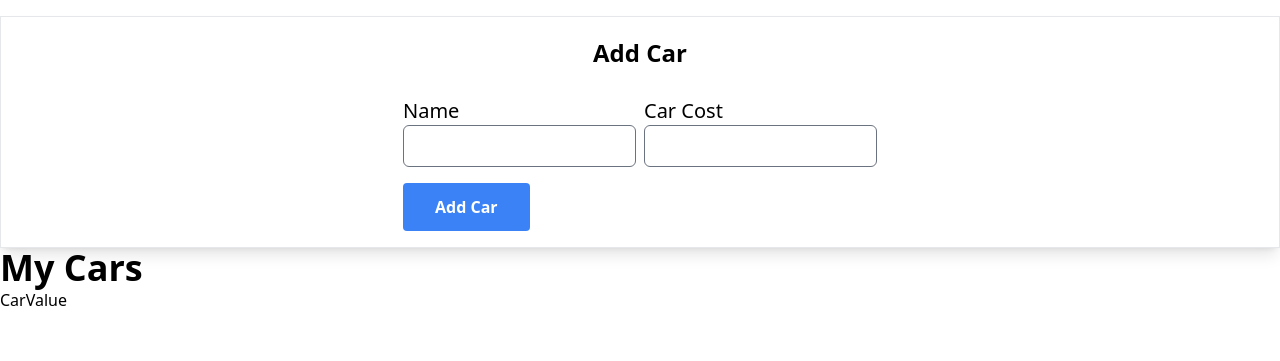
Repository: Marhamat92/carsappreduxtoolkit
Page: /
The author's editor kept a copy of each file at every save. The page is drawn from the files as they stood at one save, then again after the next save.
The browser window is 1280 px wide. The pictures show the whole page.
The project was rebuilt for these pictures with package versions that can differ from the ones it lists, and the page was loaded fresh each time.

Above is the page before, as saved 2023-01-23 23:57:28.

### src/index.js
import React from 'react';
import ReactDOM from 'react-dom/client';
import './index.css';
import App from './App';
import { Provider } from 'react-redux';
import { store } from './store'


const root = ReactDOM.createRoot(document.getElementById('root'));
root.render(
  <Provider store={store}>
    <App />
  </Provider>
);

### src/App.js
import CarForm from "./components/CarForm";
import CarList from "./components/CarList";
import CarSearch from "./components/CarSearch";
import CarValue from "./components/CarValue";


function App() {
  return (
    <div className="container mx-auto">
      <CarForm />
      <CarSearch />
      <CarList />
      <CarValue />
    </div>
  );
}

export default App;

### src/store/index.js
import { configureStore } from "@reduxjs/toolkit";
import {
  carsReducer,
  addCar,
  removeCar,
  changeSearchTerm,
} from "./slices/carsSlice";
import { formReducer, changeName, changeCost } from "./slices/formSlice";

const store = configureStore({
  reducer: {
    cars: carsReducer,
    form: formReducer,
  },
})

export { store, addCar, removeCar, changeSearchTerm, changeName, changeCost };

### src/components/CarForm.js
import React from 'react'
import { useDispatch, useSelector } from 'react-redux'
import { changeName, changeCost, addCar } from '../store'



function CarForm() {
  const dispatch = useDispatch(); // this is the hook that allows us to dispatch actions to the store
  const { name, cost } = useSelector((state) => { // this is the hook that allows us to access the store
    return {
      name: state.form.name,
      cost: state.form.cost
    }
  })


  const handleNameChange = (e) => {
    dispatch(changeName(e.target.value))
  }

  const handleCostChange = (e) => {
    const carCost = parseInt(e.target.value) || 0;
    dispatch(changeCost(carCost))

  }


  const handleSubmit = (e) => {
    e.preventDefault();
    dispatch(addCar({ name, cost }))
  }


  //!after adding a car, clear the form fields with extra reducers which will be added to the formSlice,otherwise we can use dispatch(changeName('')) and dispatch(changeCost(0)) to clear the form fields but it is not a good practice



  return (
    <div className='flex flex-col items-center justify-center border shadow-lg py-4 mt-4'>
      <h1 className='font-bold text-2xl py-1' >Add Car</h1>
      <div className='mt-6'>
        <form onSubmit={handleSubmit} className=''>
          <div className='flex flex-row space-x-2'>
            <div className='flex flex-col'>
              <label className='text-xl' htmlFor='make'>Name</label>
              <input className=' border border-gray-500 rounded-md py-2

              ' value={name} onChange={handleNameChange} type='text' name='carName' id='carName' />
            </div>
            <div className='flex flex-col'>
              <label className='text-xl' htmlFor='price'>Car Cost</label>
              <input className=' border border-gray-500 rounded-md py-2

              ' value={cost || ''} onChange={handleCostChange} type='number' name='price' id='price' />
            </div>
          </div>
          <button className='bg-blue-500 hover:bg-blue-700 text-white font-bold py-3  px-8 rounded mt-4' type='submit'>Add Car</button>
        </form>
      </div>
    </div>
  )
}

export default CarForm

### src/components/CarList.js
import React from 'react'
import { useSelector, useDispatch } from 'react-redux'
import { removeCar } from '../store'


function CarList() {


  const dispatch = useDispatch();

  const cars = useSelector((state) => {
    return state.cars.data;
  })

  const handleDeleteCar = (car) => {
    dispatch(removeCar(car.id))
  }



  const renderedCars = cars.map((car) => {
    return (
      <div className='flex justify-between space-y-3 items-center shadow-lg mt-4 py-2 px-4 rounded-md' key={car.id}>
        <p className='text-3xl' >{car.name} - ${car.cost}</p>
        <button onClick={() => handleDeleteCar(car)} className='bg-red-500 px-4 py-2 text-3xl rounded-md'>
          Remove
        </button>
      </div>
    )
  })




  return (
    <div>{renderedCars}</div>
  )
}

export default CarList

### src/components/CarSearch.js
import React from 'react'

function CarSearch() {
  return (
    <div>
      <div className='flex justify-between' >
        <h1 className='text-4xl font-bold' >My Cars</h1>
      </div>
    </div>
  )
}

export default CarSearch

### src/components/CarValue.js
import React from 'react'

function CarValue() {
  return (
    <div>CarValue</div>
  )
}

export default CarValue

### src/store/slices/carsSlice.js
import { createSlice, nanoid } from '@reduxjs/toolkit';

const carsSlice = createSlice({
  name: 'cars',
  initialState: {
    data: [],
    searchTerm: ''
  },
  reducers: {
    changeSearchTerm(state, action) {
      state.searchTerm = action.payload;
    },
    addCar(state, action) {
      //Assumption:
      //action.payload is an object with the following properties:
      //name, cost, id
      state.data.push({
        name: action.payload.name,
        cost: action.payload.cost,
        id: nanoid()
      })
    },
    removeCar(state, action) {
      //Assumption:
      //action.payload is the id of the car to remove
      const updatedCars = state.data.filter((car) => {
        return car.id !== action.payload;
      })
      state.data = updatedCars;
    }

  }
})

export const { changeSearchTerm, addCar, removeCar } = carsSlice.actions;
export const carsReducer = carsSlice.reducer;

### src/store/slices/formSlice.js
import { createSlice } from '@reduxjs/toolkit';
import { addCar } from './carsSlice';

const formSlice = createSlice({
  name: 'form',
  initialState: {
    name: '',
    cost: 0
  },
  reducers: {
    changeName(state, action) {
      state.name = action.payload;
    },
    changeCost(state, action) {
      state.cost = action.payload;
    }
  },
  extraReducers(builder) {
    builder.addCase(addCar, (state, action) => {
      state.name = '';
      state.cost = 0;
    })
  }
})

//extraReducers is a function that takes a builder object as an argument and we can use the builder object to add extra reducers to the formSlice
//addCase is a function that takes an action and a reducer as arguments and adds the reducer to the formSlice
//the reducer will be called when the action is dispatched


export const { changeName, changeCost } = formSlice.actions;
export const formReducer = formSlice.reducer;

Loaded but not shown: public/index.html (common file); src/index.css (common file); tailwind.config.js (common file)

After the next save:
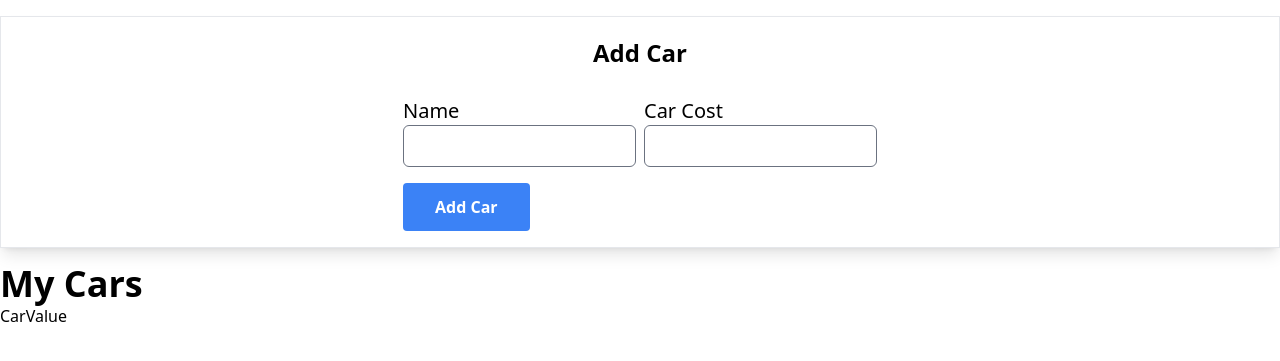
Saved 7 s later.
--- a/src/components/CarSearch.js
+++ b/src/components/CarSearch.js
@@ -3,7 +3,7 @@ import React from 'react'
 function CarSearch() {
   return (
     <div>
-      <div className='flex justify-between' >
+      <div className='flex justify-between mt-4' >
         <h1 className='text-4xl font-bold' >My Cars</h1>
       </div>
     </div>
